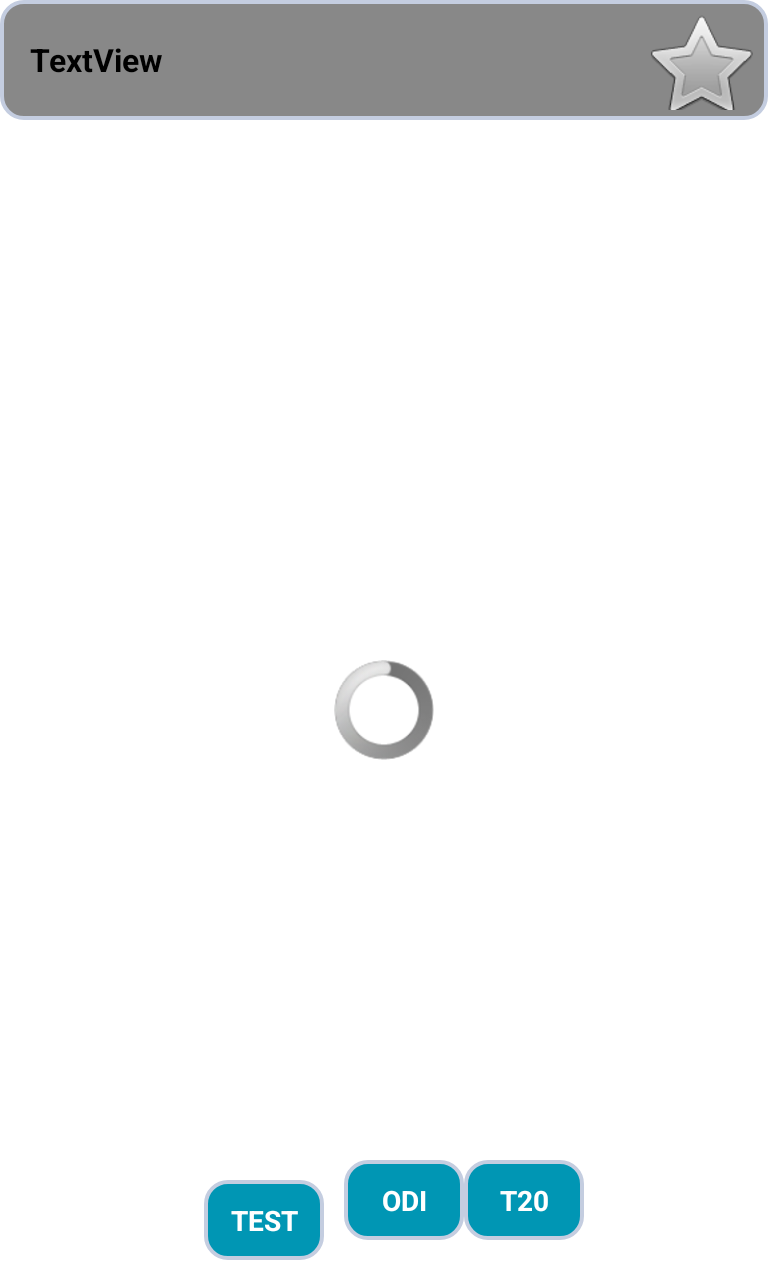
Repository: vinothsridhar/CrickBuzzChallenge
Layout: CricBuzzAndroidApp/res/layout/activity_playerprofile.xml
These files come from the project's save history. The layout is drawn as it stood at one moment and after the next save; the edit follows.
It is drawn on a 768 x 1280 px phone screen (xhdpi) without system bars, with theme AppTheme; the app's code is not run.

Above is the layout before, as saved 2014-12-20 14:38:54.

After the next save:
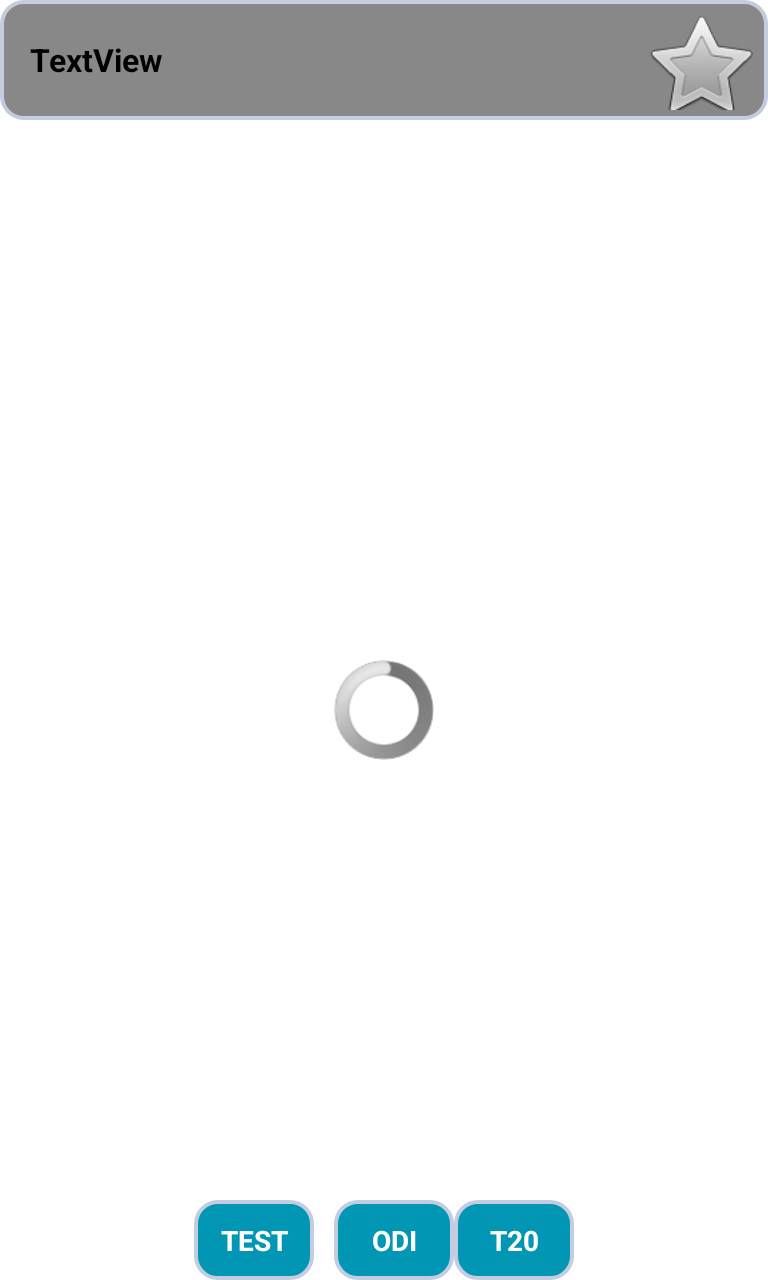
Saved 5 s later.
--- a/CricBuzzAndroidApp/res/layout/activity_playerprofile.xml
+++ b/CricBuzzAndroidApp/res/layout/activity_playerprofile.xml
@@ -36,7 +36,7 @@
                     android:layout_width="wrap_content"
                     android:layout_height="wrap_content"
                     style="@style/Button"
-                    android:layout_margin="10dp"
+                    android:layout_marginRight="10dp"
                     android:text="@string/test_text" />
 
                 <Button
